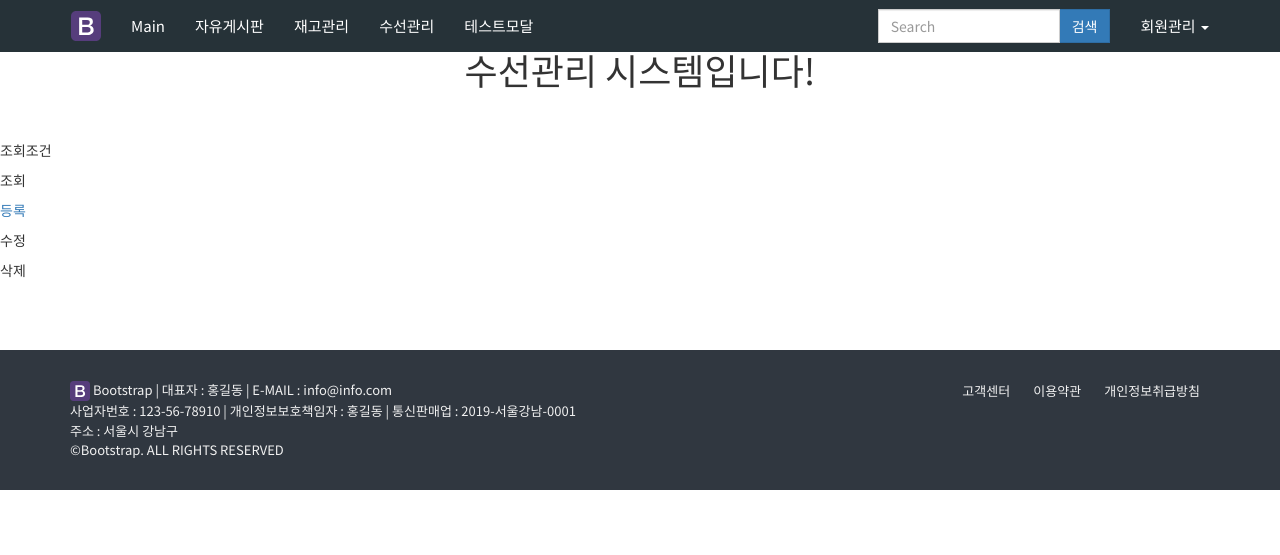
Repository: RattenLegs/Project_Inventory
Page: http://localhost/Project_Inventory/WEB-INF/views/repairboard/repairList.jsp
The author's editor kept a copy of each file at every save. The page is drawn from the files as they stood at one save, then again after the next save.
The browser window is 1280 px wide. The pictures show the whole page.
Some web libraries are served in a nearby version. The page is served by Tomcat 9. Nobody is signed in. The template is opened directly, without the code that normally fills it, so the values that code supplies are empty.

Above is the page before, as saved 2023-02-09 15:52:15.

After the next save:
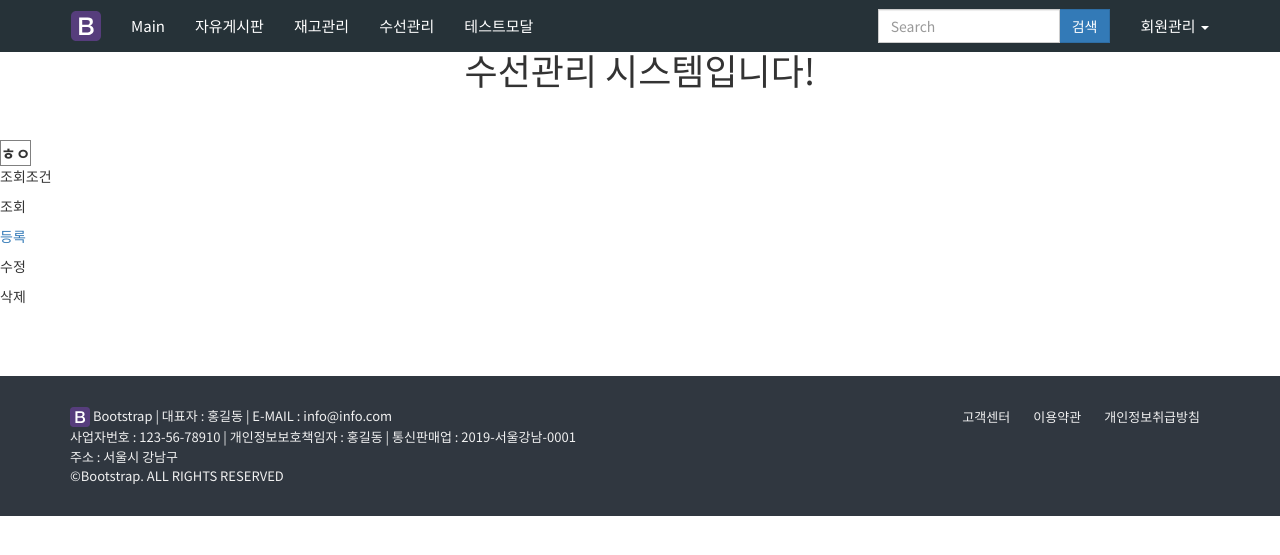
Saved 9 s later.
--- a/Project_Inventory/src/main/webapp/WEB-INF/views/repairboard/repairList.jsp
+++ b/Project_Inventory/src/main/webapp/WEB-INF/views/repairboard/repairList.jsp
@@ -23,6 +23,8 @@
 			<p>번호 접수일 이름 연락처 디자인 내용 약속일 매장재고일 납품일 비고</p> -->
 			<table border="1">
 
+				<th>ㅎㅇ</th>
+
 			</table>
 		</div>
 

After the 2 saves that followed:
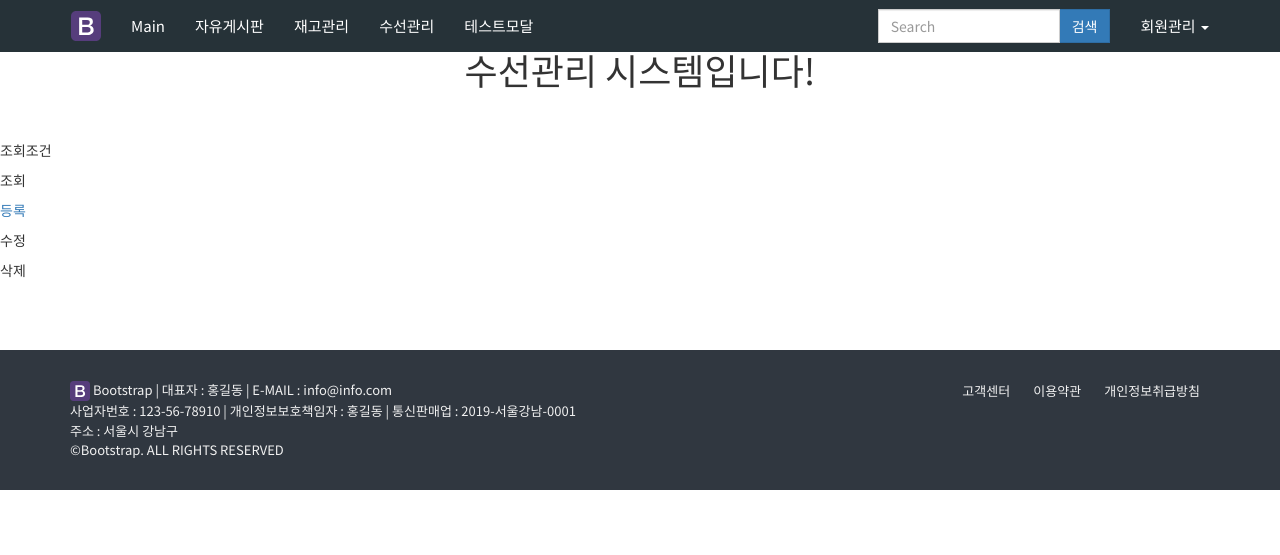
The 2 saves are shown as one change because they came seconds apart.
The last was saved 25 s later.
--- a/Project_Inventory/src/main/webapp/WEB-INF/views/repairboard/repairList.jsp
+++ b/Project_Inventory/src/main/webapp/WEB-INF/views/repairboard/repairList.jsp
@@ -23,7 +23,7 @@
 			<p>번호 접수일 이름 연락처 디자인 내용 약속일 매장재고일 납품일 비고</p> -->
 			<table border="1">
 
-				<th>ㅎㅇ</th>
+				<thead></thead>
 
 			</table>
 		</div>
